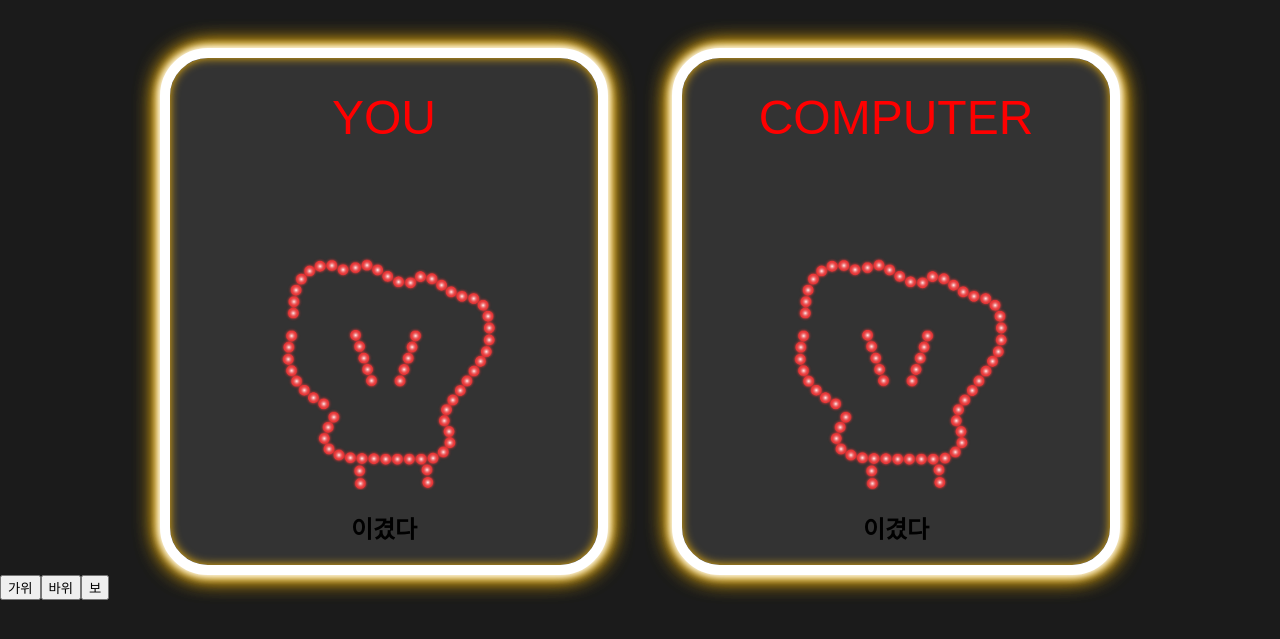
Repository: KIMMIHYE12/classComponent
Page: /
These files come from the project's save history. The page is drawn as it stood at one moment and after the next save; the edit follows.
The browser window is 1280 px wide. The pictures show the whole page.
Some web fonts or font styles are not loaded; a fallback is used. The project was rebuilt for these pictures with package versions that can differ from the ones it lists, and the page was loaded fresh each time.

Above is the page before, as saved 2024-03-18 21:15:21.

### src/App.js
import "./App.css";
import { Box } from "./component/Box";

function App() {
  return (
    <div className='content'>
      <div className='game_screen'>
        <Box title='YOU' />
        <Box title='COMPUTER' />
      </div>
      <div>
        <button>가위</button>
        <button>바위</button>
        <button>보</button>
      </div>
    </div>
  );
}

export default App;

### src/App.css
@import url("https://use.typekit.net/ebb2deg.css");

* {
  box-sizing: border-box;
}

.content {
  height: 100vh;
  padding: 3em 0;
  background-color: #1b1b1b;
}
.game_screen {
  width: 100%;
  display: flex;
  justify-content: center;
}
.box {
  width: 35%;
  display: flex;
  align-items: center;
  flex-direction: column;
  margin: 0 2em;
  border: 10px solid #fff;
  background: #333;
  border-radius: 3rem;
  box-shadow: 0 0 10px #fff, 0 0 10px #fff, 0 0 24px #f5b70c, 0 0 16px #f5b70c,
    0 0 24px #f5b70c, inset 0 0 10px #f5b70c;
}
h1 {
  font-size: 3em;
  color: red;
  font-family: "gloridot", sans-serif;
  font-weight: 400;
  font-style: normal;
}
img {
  width: 70%;
}

### src/component/Box.js
import React from "react";

export const Box = (props) => {
  console.log(props);
  return (
    <div className='box'>
      <h1>{props.title}</h1>
      <img src='/images/rock.png' />
      <h2>이겼다</h2>
    </div>
  );
};

Loaded but not shown: public/index.html (common file); src/index.js (common file); src/index.css (common file); src/reportWebVitals.js (common file)

After the next save:
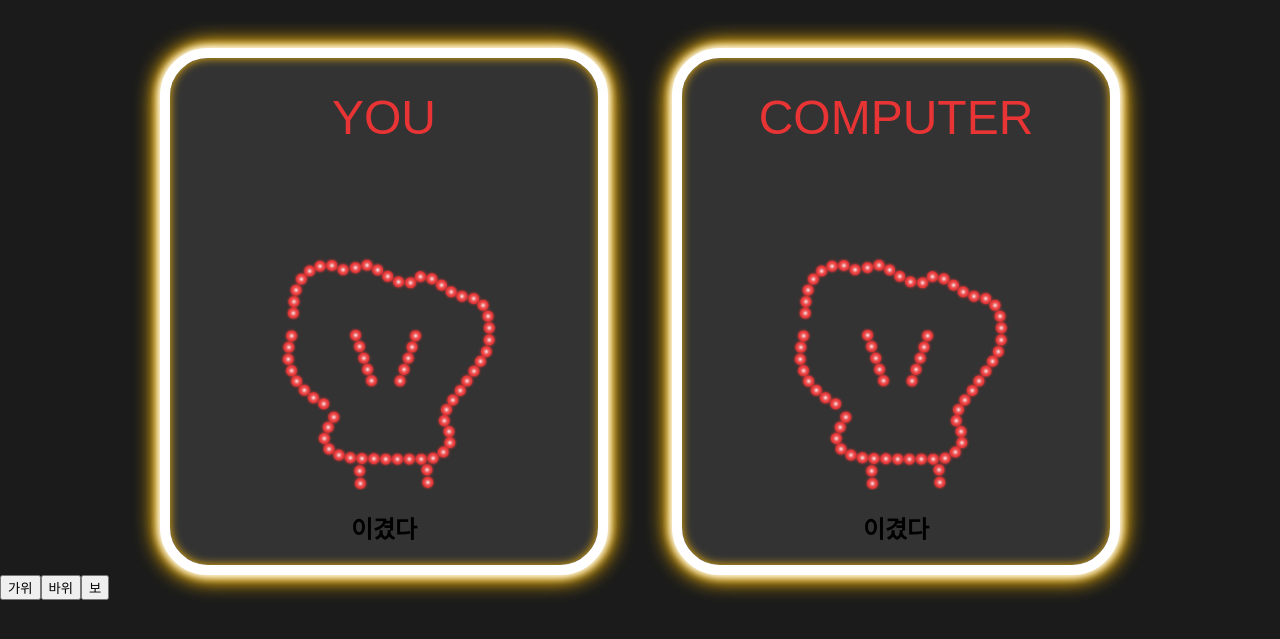
Saved 53 s later.
--- a/src/App.css
+++ b/src/App.css
@@ -28,7 +28,7 @@
 }
 h1 {
   font-size: 3em;
-  color: red;
+  color: #e83435;
   font-family: "gloridot", sans-serif;
   font-weight: 400;
   font-style: normal;
